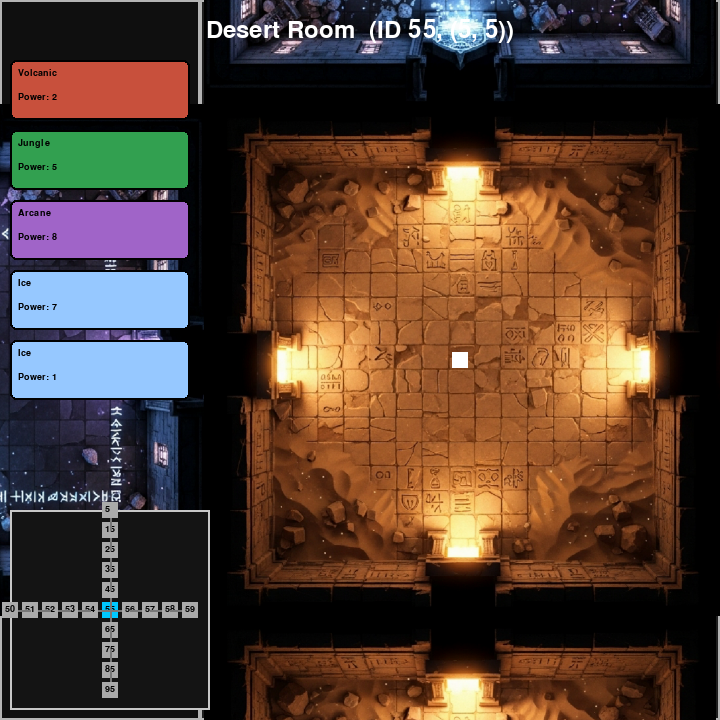
Repository: MehediMim/GateBound
Script's output: python main.py
The author's editor kept a copy of each file at every save. The script's output is drawn from the files as they stood at one save, then again after a run of saves.
The window is shown after at most 60 frames with no key pressed. Random numbers start from a fixed seed. It also reads assets/bg_arcane.png, assets/bg_desert.png, assets/bg_ice.png, assets/bg_jungle.png, assets/bg_volcanic.png.

Above is the script's output before, as saved 2026-01-26 18:42:38.

After the next 4 saves:
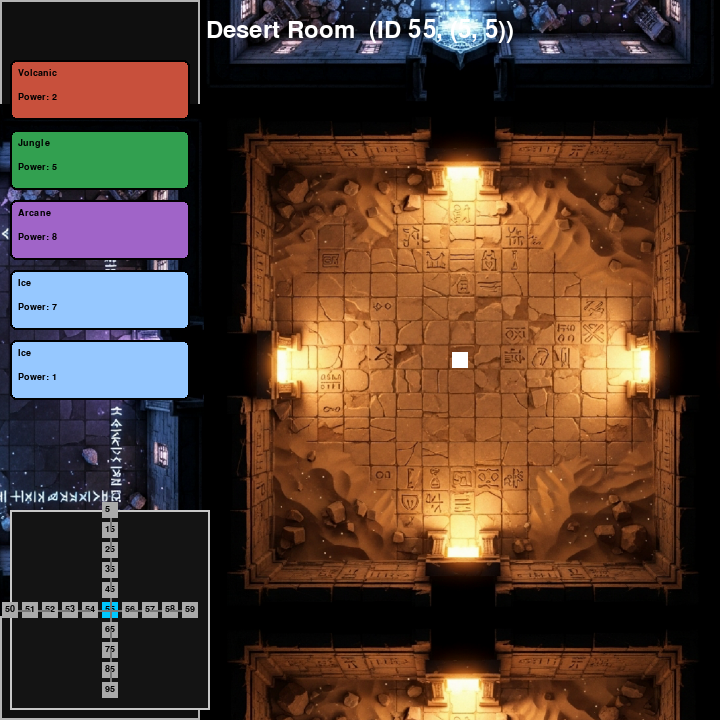
The 4 saves are shown as one change because they came seconds apart.
The last was saved 105 s later.
--- a/main.py
+++ b/main.py
@@ -334,16 +334,11 @@ while True:
     pygame.draw.rect(screen, (180, 180, 180), (0, 0, SIDEBAR_W, SCREEN), 2)
 
     # Game box background
-    pygame.draw.rect(
-        screen,
-        (30, 30, 30),
-        (SIDEBAR_W, 0, GAME_W, GAME_H)
-    )
-    pygame.draw.rect(
-        screen,
-        (180, 180, 180),
-        (SIDEBAR_W, 0, GAME_W, GAME_H),
-        2
+    GAME_BOX_RECT = pygame.Rect(
+        SIDEBAR_W + (GAME_W - ROOM_DRAW) // 2,
+        (SCREEN - ROOM_DRAW) // 2,
+        ROOM_DRAW,
+        ROOM_DRAW
     )
 
 
